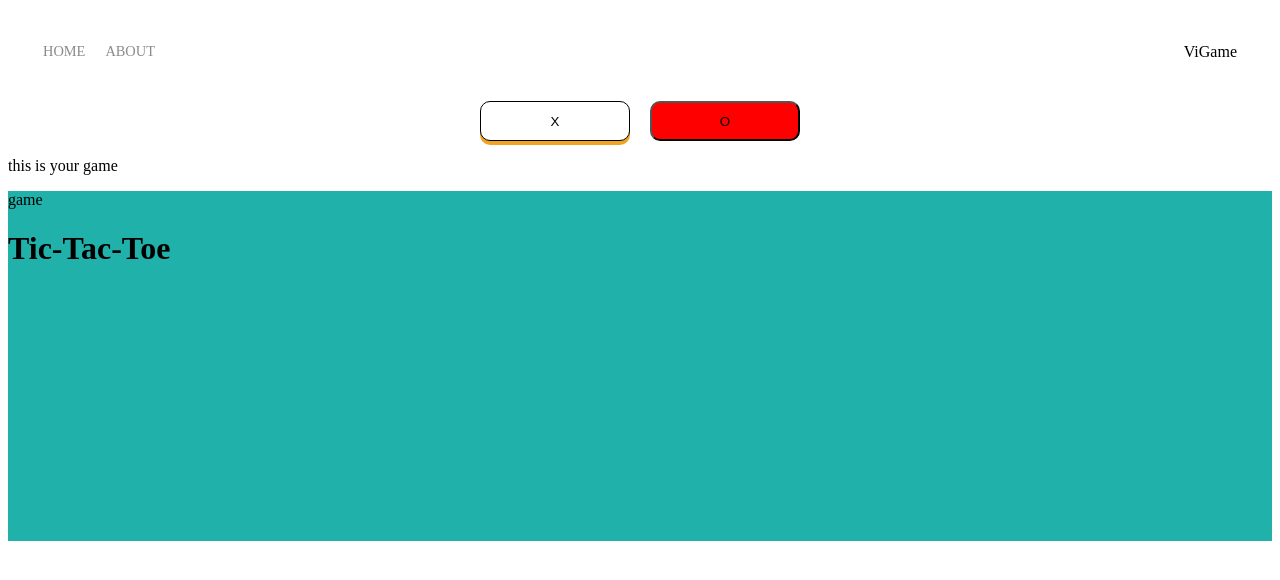
Repository: vahid242/viGame
Page: http://localhost/tic-tac-toe
The author's editor kept a record of every edit. The page is drawn from the files as they stood at one moment, then again after the next edit.
The browser window is 1280 px wide. The pictures show the whole page.
The pointer rests on the first visible `#xChose`.
The page is served by the project's Node server (v1/app.js).

Above is the page before.

After the next edit:
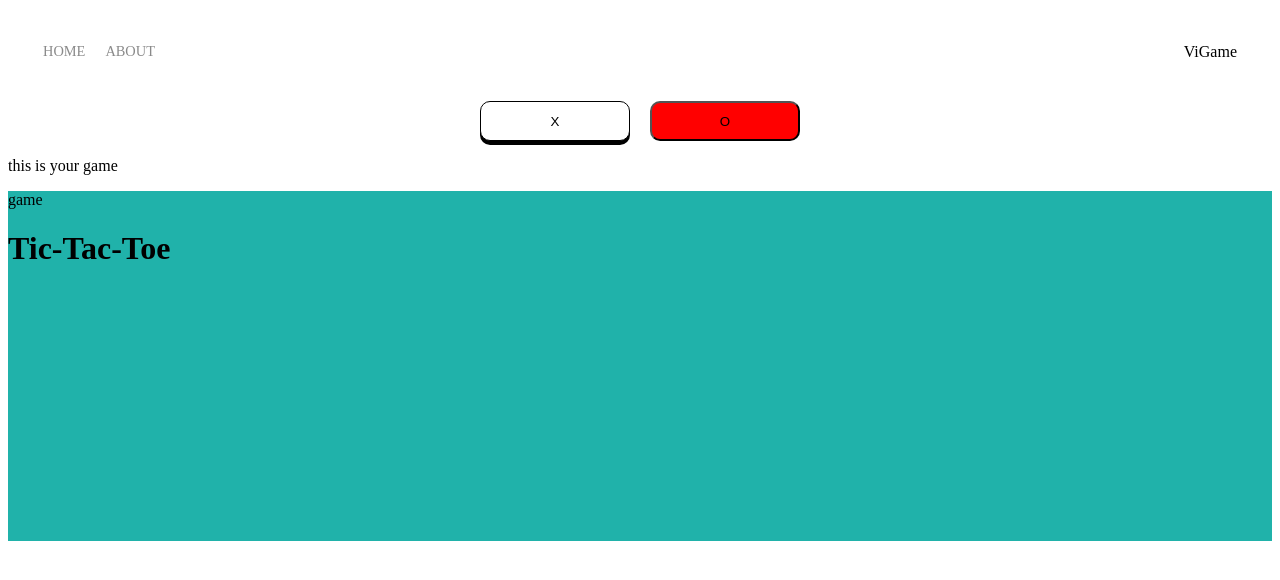
The edit:
--- a/v1/public/stylesheets/tic.css
+++ b/v1/public/stylesheets/tic.css
@@ -57,7 +57,7 @@
     box-shadow: 0 6px #efa424;
 }
 #xChose:hover {
-	box-shadow: 0 4px #efa424;
+	box-shadow: 0 4px black;
 	top: 2px;
 }
 
